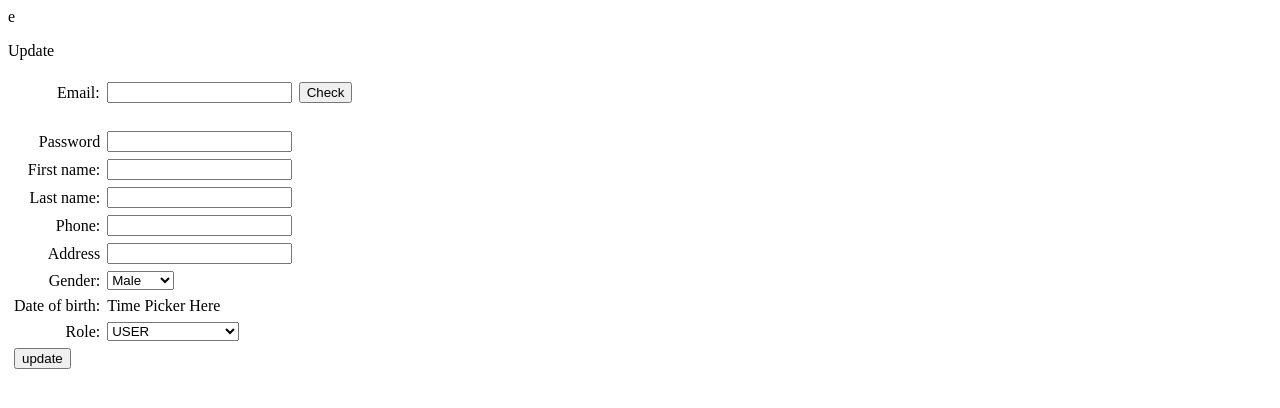
Repository: pffdota04/cuahang
Page: http://localhost/CuaHang/Views/Admin/container/account/update.jsp
The author's editor kept a copy of each file at every save. The page is drawn from the files as they stood at one save, then again after the next save.
The browser window is 1280 px wide. The pictures show the whole page.
The page is served by Tomcat 9. Other server files are loaded and not shown.

Above is the page before, as saved 2020-11-12 07:35:03.

### CuaHang/WebContent/Views/Admin/container/account/update.jsp
e<%@ page language="java" contentType="text/html; charset=ISO-8859-1"
	pageEncoding="ISO-8859-1"%>
<!DOCTYPE html>
<html>
<head>
<meta charset="ISO-8859-1">
<title>Insert title here</title>
</head>
<body>
	<div class="update">

		<p>Update</p>
		<form action="${pageContext.request.contextPath}/fill-By-Email"
			method="post">
			<table cellspacing="5">
				<tr>
					<td align="right" style="padding-left: 44px">Email:</td>
					<td><input type="text" name="email"></td>
					<td class="CheckButton"><input type="submit" value="Check"
						name="Check" /></td>
				</tr>

			</table>
		</form>
		<form action="${pageContext.request.contextPath}/update-account"
			method="post">
			<table cellspacing="5">
				<tr>
					<td align="right">Password</td>
					<td><input type="text" name="pass"></td>
				</tr>
				<tr>
					<td align="right">First name:</td>
					<td><input type="text" name="firstname"></td>
				</tr>
				<tr>
					<td align="right">Last name:</td>
					<td><input type="text" name="lastname"></td>
				</tr>
				<tr>
					<td align="right">Phone:</td>
					<td><input type="text" name="phone"></td>
				</tr>
				<tr>
					<td align="right">Address</td>
					<td><input type="text" name="address"></td>
				</tr>
				<tr>
					<td align="right">Gender:</td>
					<td><select name="gender">
							<%
								for (int sex = 0; sex < 2; sex++) {
							%>
							<option value="<%=sex%>">
								<%
									if (sex == 0) {
								%>Male<%
									}
								%>
								<%
									if (sex == 1) {
								%>Female<%
									}
								%>
							</option>
							<%
								}
							%>
					</select></td>
				<tr>
					<td>Date of birth:</td>
					<td>Time Picker Here</td>
				</tr>
				<tr>
					<td align="right">Role:</td>
					<td><select name="role">
							<%
								for (int role = 0; role < 3; role++) {
							%>
							<option value="<%=role%>">
								<%
									if (role == 0) {
								%>USER<%
									}
								%>
								<%
									if (role == 1) {
								%>SALEPERSON<%
									}
								%>
								<%
									if (role == 2) {
								%>ADMINISTRATOR<%
									}
								%>
							</option>
							<%
								}
							%>
					</select></td>
				<tr>

					<td><input type="submit" value="update"></td>
				</tr>
			</table>
		</form>
	</div>

</body>
</html>

After the next save:
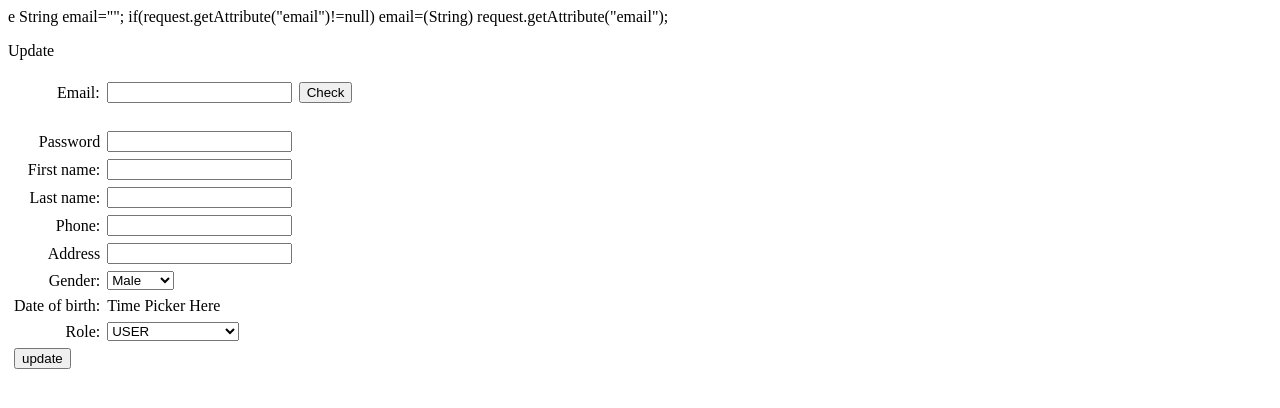
Saved 60 s later.
--- a/CuaHang/WebContent/Views/Admin/container/account/update.jsp
+++ b/CuaHang/WebContent/Views/Admin/container/account/update.jsp
@@ -7,8 +7,10 @@ e<%@ page language="java" contentType="text/html; charset=ISO-8859-1"
 <title>Insert title here</title>
 </head>
 <body>
+	String email="";
+		if(request.getAttribute("email")!=null)
+			 email=(String) request.getAttribute("email");
 	<div class="update">
-
 		<p>Update</p>
 		<form action="${pageContext.request.contextPath}/fill-By-Email"
 			method="post">
